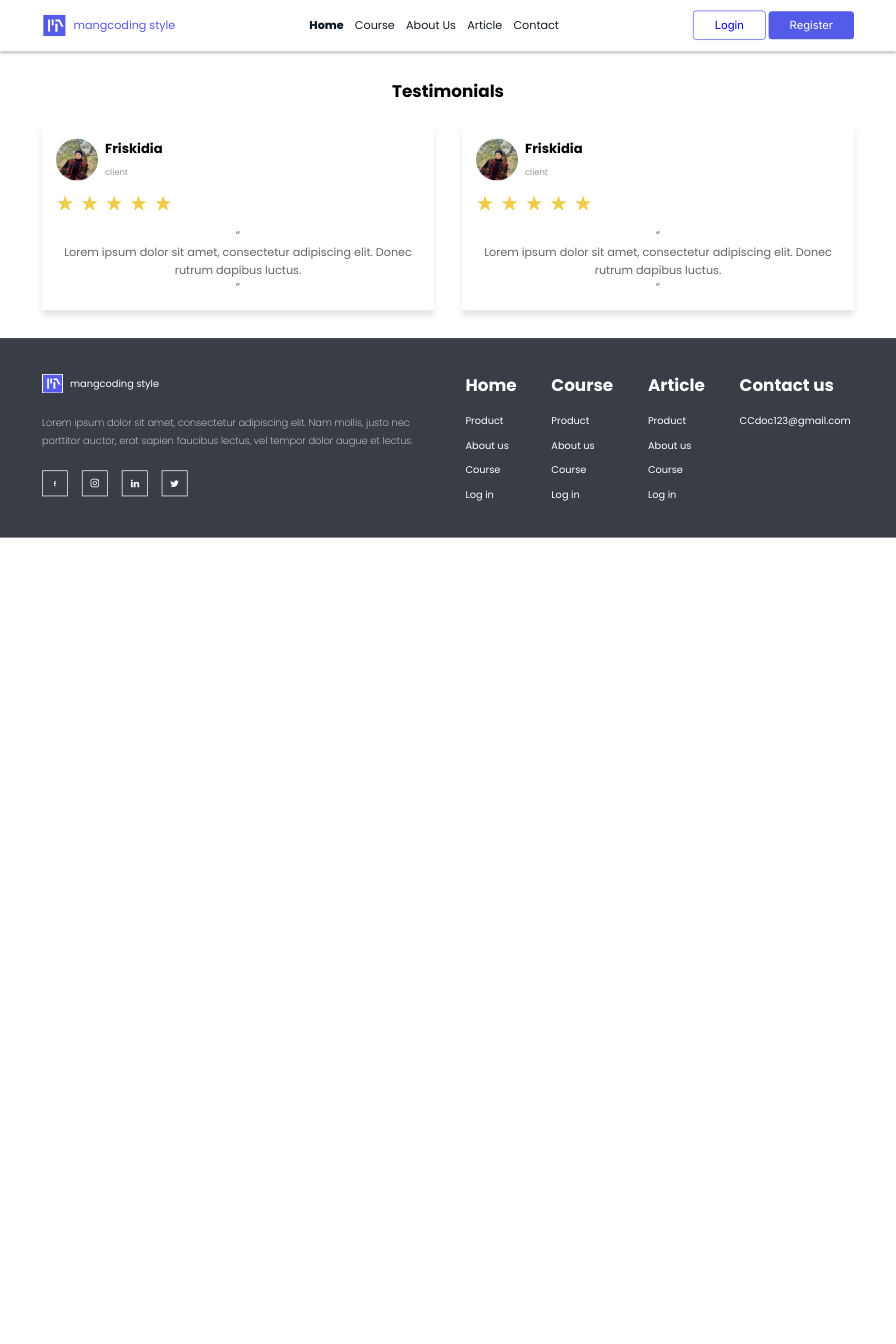
Repository: Dania-Alqam/landing-page
Page: index.html
The author's editor kept a copy of each file at every save. The page is drawn from the files as they stood at one save, then again after a run of saves.
The browser window is 1280 px wide. The pictures show the part of the page from y = 0 to 1920 px (the page is 5000 px tall), at 70% of full size.

Above is the page before, as saved 2024-06-22 17:04:01.

### index.html
<!DOCTYPE html>
<html lang="en">

<head>
    <meta charset="UTF-8" />
    <meta name="viewport" content="width=device-width, initial-scale=1.0" />
    <title>Document</title>
    <link rel="stylesheet" href="./assests/css/main.css" />
</head>

<body>
    <header class="header">
        <div class="container">
            <div class="row">
                <div class="logo">
                    <img src="./assests/images/public/Logo.svg" alt="logo" />
                    <a href="#">mangcoding style</a>
                </div>
                <nav class="nav">
                    <ul>
                        <li>
                            <a href="#" class="active">Home</a>
                        </li>
                        <li>
                            <a href="#">Course</a>
                        </li>
                        <li>
                            <a href="#">About Us</a>
                        </li>
                        <li>
                            <a href="#">Article</a>
                        </li>
                        <li>
                            <a href="#">Contact</a>
                        </li>
                    </ul>
                </nav>
                <div class="auth">
                    <a href="#">Login</a>
                    <a href="#">Register</a>
                </div>
            </div>
        </div>
    </header>

    <main>
        <section class="testimonials">
            <h2>
                Testimonials
            </h2>
            <div class="container">
                <div class="row">
                    <div class="testimonial">
                        <div class="user-info">
                            <img src="assests/images/clients/client1.jpeg" />
                            <div class="user-data">
                                <h3>Friskidia</h3>
                                <span>client</span>
                            </div>
                        </div>
                        <div class="ratings">
                            <img src="./assests/images/public/Star.svg" alt="stars" />
                            <img src="./assests/images/public/Star.svg" alt="stars" />
                            <img src="./assests/images/public/Star.svg" alt="stars" />
                            <img src="./assests/images/public/Star.svg" alt="stars" />
                            <img src="./assests/images/public/Star.svg" alt="stars" />

                        </div>
                        <blockquote>
                            <q>
                                <p> Lorem ipsum dolor sit amet, consectetur adipiscing elit. Donec rutrum dapibus
                                    luctus.
                                </p>

                            </q>
                        </blockquote>
                    </div>
                    <div class="testimonial">
                        <div class="user-info">
                            <img src="assests/images/clients/client1.jpeg" />
                            <div class="user-data">
                                <h3>Friskidia</h3>
                                <span>client</span>
                            </div>
                        </div>
                        <div class="ratings">
                            <img src="./assests/images/public/Star.svg" alt="stars" />
                            <img src="./assests/images/public/Star.svg" alt="stars" />
                            <img src="./assests/images/public/Star.svg" alt="stars" />
                            <img src="./assests/images/public/Star.svg" alt="stars" />
                            <img src="./assests/images/public/Star.svg" alt="stars" />

                        </div>
                        <blockquote>
                            <q>
                                <p> Lorem ipsum dolor sit amet, consectetur adipiscing elit. Donec rutrum dapibus
                                    luctus.
                                </p>                            </q>
                        </blockquote>
                    </div>
                </div>
            </div>

        </section>
    </main>
    <footer class="footer">
        <div class="container">
            <div class="row">
                <div class="footer-start">
                    <div class="logo">
                        <img src="./assests/images/public/Logo.svg" alt="logo" />
                        <a href="#">mangcoding style</a>
                    </div>
                    <p>
                        Lorem ipsum dolor sit amet, consectetur adipiscing elit. Nam
                        mollis, justo nec porttitor auctor, erat sapien faucibus lectus,
                        vel tempor dolor augue et lectus.
                    </p>
                    <div class="icons">
                        <a href="#"><img src="./assests/images/public/facebok.svg" /></a>
                        <a href="#"><img src="./assests/images/public/instagram.svg" /></a>
                        <a href="#"><img src="./assests/images/public/linkedin.svg" /></a>
                        <a href="#"><img src="./assests/images/public/twitter.svg" /></a>
                    </div>
                </div>
                <div class="footer-end">
                    <div class="row">
                        <div class="footer-item">
                            <h2>
                                Home
                            </h2>
                            <ul>
                                <li>
                                    <a href="#">Product</a>
                                </li>
                                <li>
                                    <a href="#">About us</a>
                                </li>
                                <li>
                                    <a href="#">Course</a>
                                </li>
                                <li>
                                    <a href="#">Log in</a>
                                </li>
                            </ul>
                        </div>
                        <div class="footer-item">
                            <h2>
                                Course
                            </h2>
                            <ul>
                                <li>
                                    <a href="#">Product</a>
                                </li>
                                <li>
                                    <a href="#">About us</a>
                                </li>
                                <li>
                                    <a href="#">Course</a>
                                </li>
                                <li>
                                    <a href="#">Log in</a>
                                </li>
                            </ul>
                        </div>
                        <div class="footer-item">
                            <h2>
                                Article
                            </h2>
                            <ul>
                                <li>
                                    <a href="#">Product</a>
                                </li>
                                <li>
                                    <a href="#">About us</a>
                                </li>
                                <li>
                                    <a href="#">Course</a>
                                </li>
                                <li>
                                    <a href="#">Log in</a>
                                </li>
                            </ul>
                        </div>
                        <div class="footer-item">
                            <h2>
                                Contact us
                            </h2>
                            <ul>
                                <li>
                                    <a href="#">CCdoc123@gmail.com</a>
                                </li>

                        </div>
                    </div>
                </div>
            </div>
        </div>
    </footer>
</body>

</html>

### assests/css/main.css
@import url(./public.css);

/* start header */
.header {
  position: sticky;
  top: 0;
  box-shadow: 0px 4px 4px rgba(0, 0, 0, 0.25);
  padding: 20px 0;
  background-color: #fff;
}

.nav ul {
  display: flex;
  flex-wrap: wrap;
  gap: 16px;
}
.header .logo {
  display: flex;
  flex-wrap: wrap;
  align-items: center;
  gap: 10px;
}
.header .logo img {
  width: 35px;
}

.header .logo a {
  color: var(--mainColor);
}

.header .nav a {
  color: #101928;
}

.header .nav a:hover {
  color: var(--mainColor);
}
/* For the home bold*/
.active {
  font-weight: 800;
}
/* common properities*/
.header .auth a {
  font-family: var(--subFont);
  padding: 10px 30px;
  border-radius: 5px;
}
.header .auth a:first-of-type {
  border: 1px solid var(--mainColor);
}
.header .auth a:last-of-type {
  background-color: var(--mainColor);
  color: white;
}
@media (max-width: 900px) {
  .header .nav {
    display: none;
  }
}
/* end header */

/* start testemonials*/
.testimonials {
  text-align: center;
  padding: 40px 0;
}
.testimonials .row {
  gap: 40px;
}

.testimonials h2 {
  margin-bottom: 30px;
}
.testimonial {
  display: flex;
  flex-direction: column;
  gap: 20px;
  align-items: flex-start;
  width: calc((100% - 40px) / 2);
  box-shadow: 0px 8.23719596862793px 8.23719596862793px rgba(0, 0, 0, 0.1);
  padding: 20px;

}
.testimonial .user-info img {
  width: 60px;
  height: 60px;
  border-radius: 50%;
}

.testimonial .user-info {
  display: flex;
  flex-wrap: wrap;
  gap: 10px;
}
.testimonial .user-info .user-data {
  display: flex;
  flex-direction: column;
  gap: 10px;
  flex-wrap: wrap;
  align-items: start;
}

.testimonial .user-info .user-data span {
  font-size: 12px;
  color: #969696;
}

.testimonial .ratings {
  display: flex;
  flex-wrap: wrap;
  gap: 10px;
}

.testimonial q{
    color: #646464;
}

.testimonial blockquote p{
    display: inline-block;
    padding: 0 4px;
}
/* start footer */
.footer {
  background-color: #393e46;
  padding: 50px 0;
}

.footer a,
.footer h2 {
  color: #fff;
}

.footer .footer-start,
.footer .footer-end {
  width: calc((100% - 40px) / 2);
}

.footer .row {
  gap: 40px;
}

.footer .footer-start {
  display: flex;
  flex-direction: column;
  gap: 30px;
  flex-wrap: wrap;
}

.footer .footer-start .logo {
  display: flex;
  flex-wrap: wrap;
  gap: 10px;
  align-items: center;
}
.footer .footer-start .logo img {
  width: 30px;
}
.footer .footer-start .logo a {
  font-size: 14px;
}
.footer .footer-start p {
  color: #f4f4f4;
  line-height: 25px;
  font-size: 14px;
  font-weight: 200;
}
.footer .footer-start .icons {
  display: flex;
  flex-wrap: wrap;
  gap: 20px;
}
.footer .footer-start .icons img {
  width: 15px;
  height: 15px;
  border: 1px solid #fff;
  padding: 10px;
  box-sizing: content-box;
}

.footer-end .row {
  align-items: start;
  justify-content: space-around;
}
.footer-end .footer-item {
  display: flex;
  flex-direction: column;
  flex-wrap: wrap;
  gap: 20px;
}
.footer-end .footer-item ul {
  display: flex;
  flex-direction: column;
  flex-wrap: wrap;
  gap: 10px;
}
.footer-end .footer-item a {
  font-size: 14px;
}

/* end footer */

### assests/images/public/Star.svg
<svg width="25" height="25" viewBox="0 0 10 9" fill="none" xmlns="http://www.w3.org/2000/svg">
<path d="M5.00313 0.422667C5.06478 0.232942 5.33319 0.232942 5.39483 0.422668L6.26237 3.09266C6.28994 3.17751 6.36901 3.23496 6.45822 3.23496H9.26562C9.46511 3.23496 9.54805 3.49023 9.38666 3.60749L7.11543 5.25764C7.04325 5.31007 7.01305 5.40302 7.04062 5.48787L7.90815 8.15787C7.9698 8.34759 7.75265 8.50536 7.59126 8.3881L5.32003 6.73796C5.24785 6.68552 5.15012 6.68552 5.07794 6.73796L2.80671 8.3881C2.64532 8.50536 2.42817 8.34759 2.48981 8.15787L3.35735 5.48787C3.38492 5.40302 3.35472 5.31007 3.28254 5.25764L1.01131 3.60749C0.849916 3.49023 0.93286 3.23496 1.13235 3.23496H3.93975C4.02896 3.23496 4.10803 3.17751 4.1356 3.09266L5.00313 0.422667Z" fill="#F1CC4A"/>
</svg>

### assests/css/public.css
@import url('https://fonts.googleapis.com/css2?family=Poppins:ital,wght@0,100;0,200;0,300;0,400;0,500;0,600;0,700;0,800;0,900;1,100;1,200;1,300;1,400;1,500;1,600;1,700;1,800;1,900&display=swap');
@import url('https://fonts.googleapis.com/css2?family=Inter:wght@100..900&display=swap');

*{
    margin: 0;
    padding: 0;
    box-sizing: border-box;
}
:root{
    --mainFont: "Poppins", sans-serif;
    --subFont:  "Inter", sans-serif;
    --mainColor: #545BE8;

}
body{
    font-family: var(--mainFont);
    height: 5000px;
}
a{
    text-decoration: none;
}
ul{
    list-style: none;
}
.row{
    display: flex;
    justify-content: space-between;
    align-items: center;
    flex-wrap: wrap;

}

.container{
    /* width from figma is 60px from each side*/
    width: calc(100% - 120px);
    margin: auto;
}

After the next 2 saves:
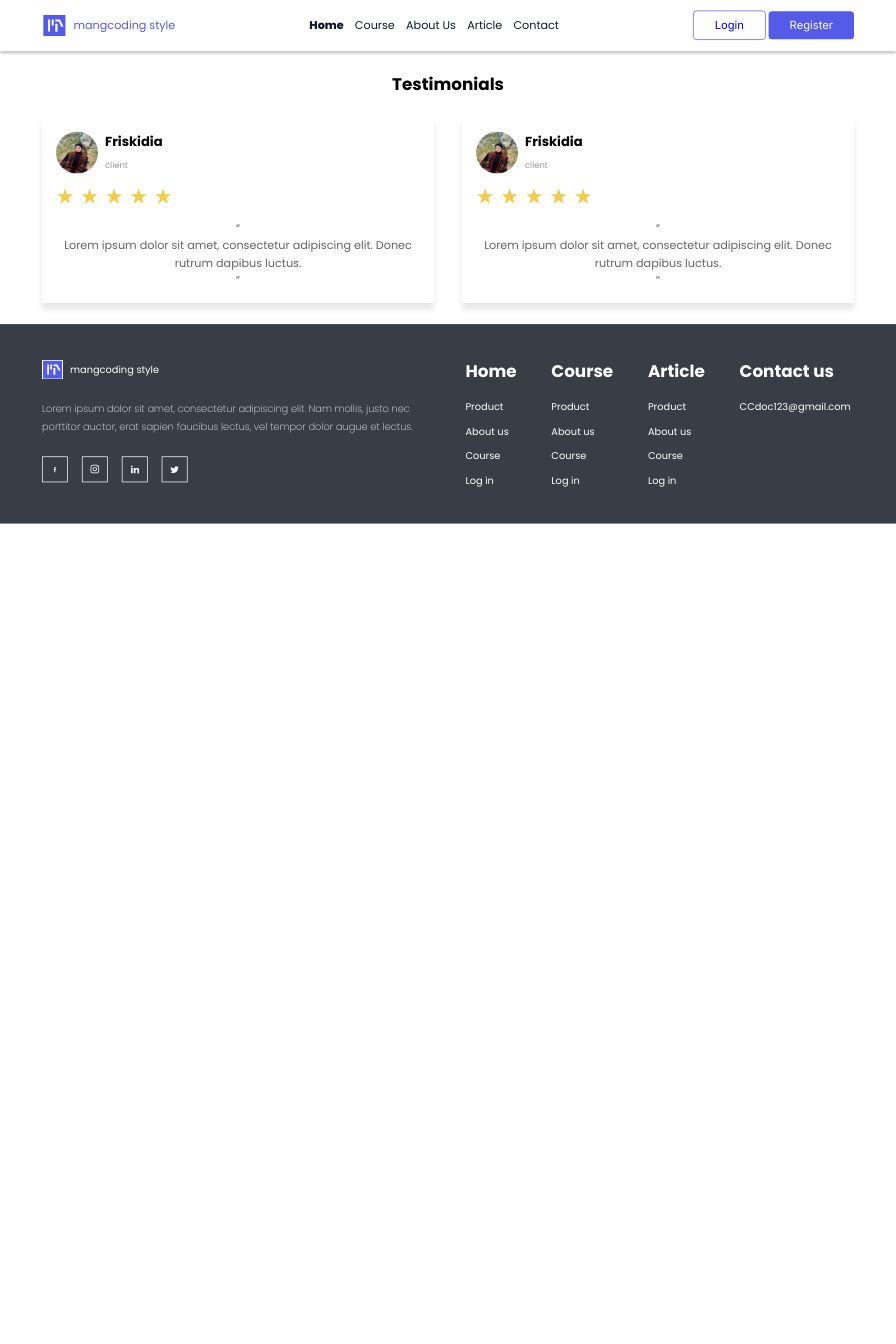
The 2 saves are shown as one change because they came seconds apart.
The last was saved 23 s later.
--- a/assests/css/main.css
+++ b/assests/css/main.css
@@ -62,7 +62,7 @@
 /* start testemonials*/
 .testimonials {
   text-align: center;
-  padding: 40px 0;
+  padding: 30px 0;
 }
 .testimonials .row {
   gap: 40px;

After the 5 saves that followed:
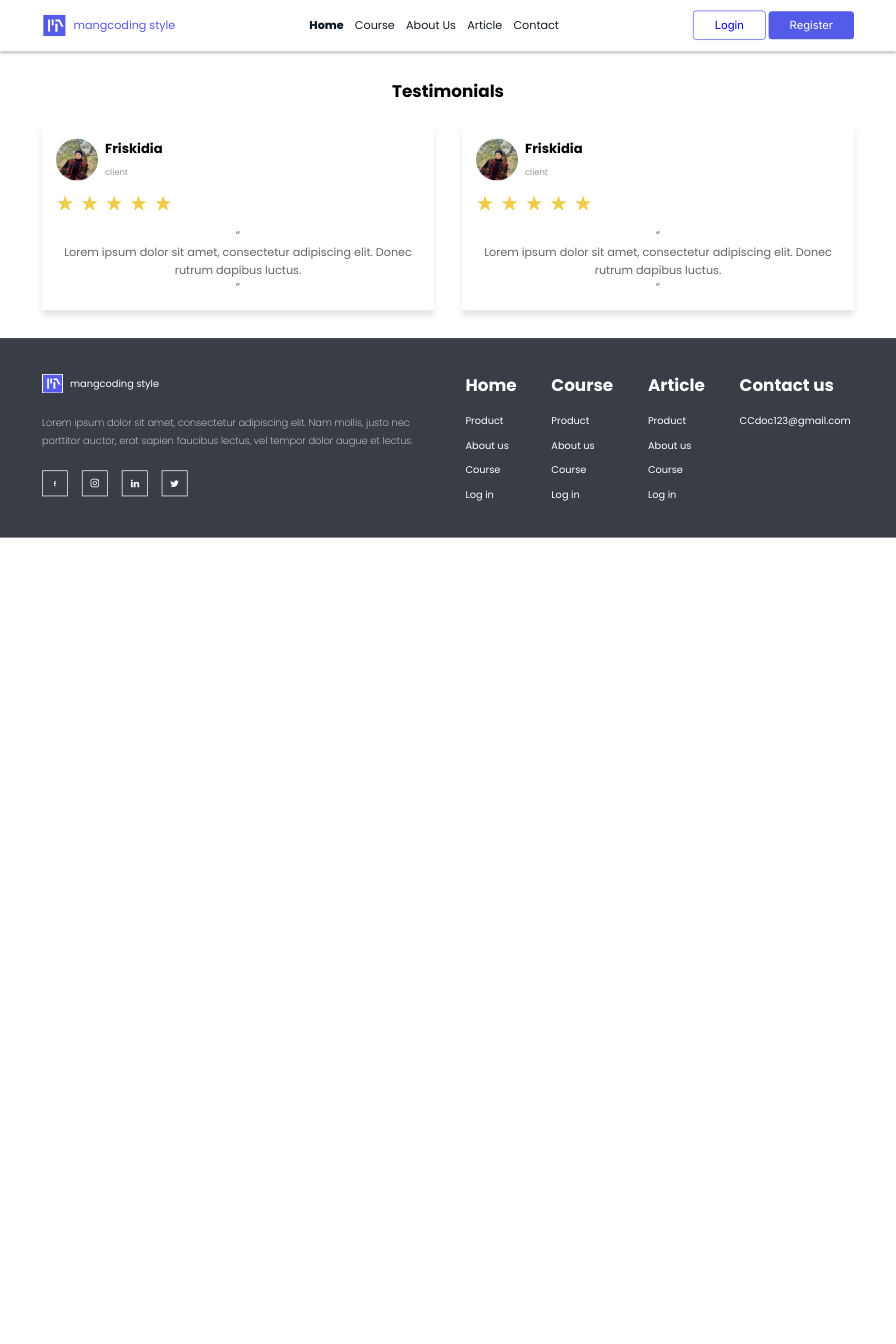
The 5 saves are shown as one change because 1 left the picture as it was and some came seconds apart.
The last was saved 20 s later.
--- a/assests/css/main.css
+++ b/assests/css/main.css
@@ -62,7 +62,7 @@
 /* start testemonials*/
 .testimonials {
   text-align: center;
-  padding: 30px 0;
+  padding: 40px 0;
 }
 .testimonials .row {
   gap: 40px;
